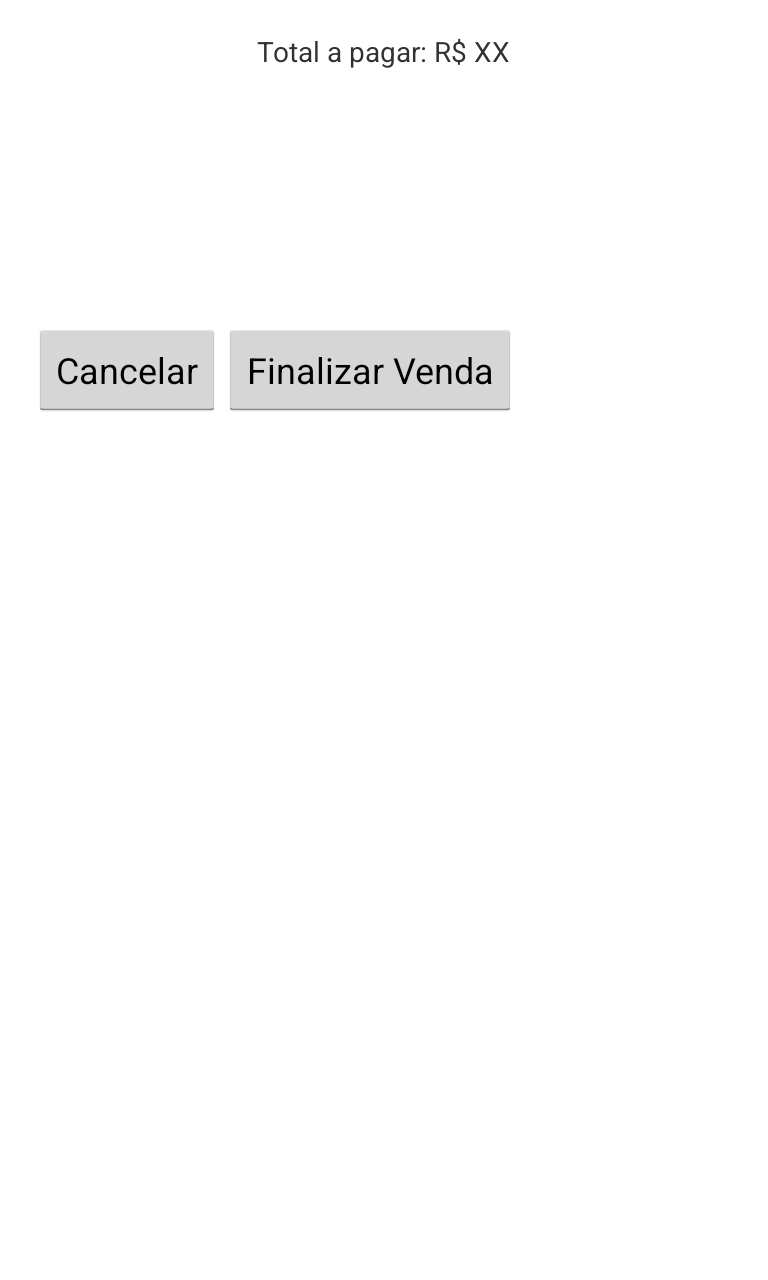
Repository: tmalveirac/mobpdv
Layout: WorkspaceAndroid/MobPDVProjet/res/layout/activity_venda.xml
The author's editor kept a copy of each file at every save. The layout is drawn from the files as they stood at one save, then again after the next save.
It is drawn on a 768 x 1280 px phone screen (xhdpi) without system bars, with theme AppTheme; the app's code is not run. Lists and similar views that code fills are empty.

Above is the layout before, as saved 2013-06-04 12:08:56.

After the next save:
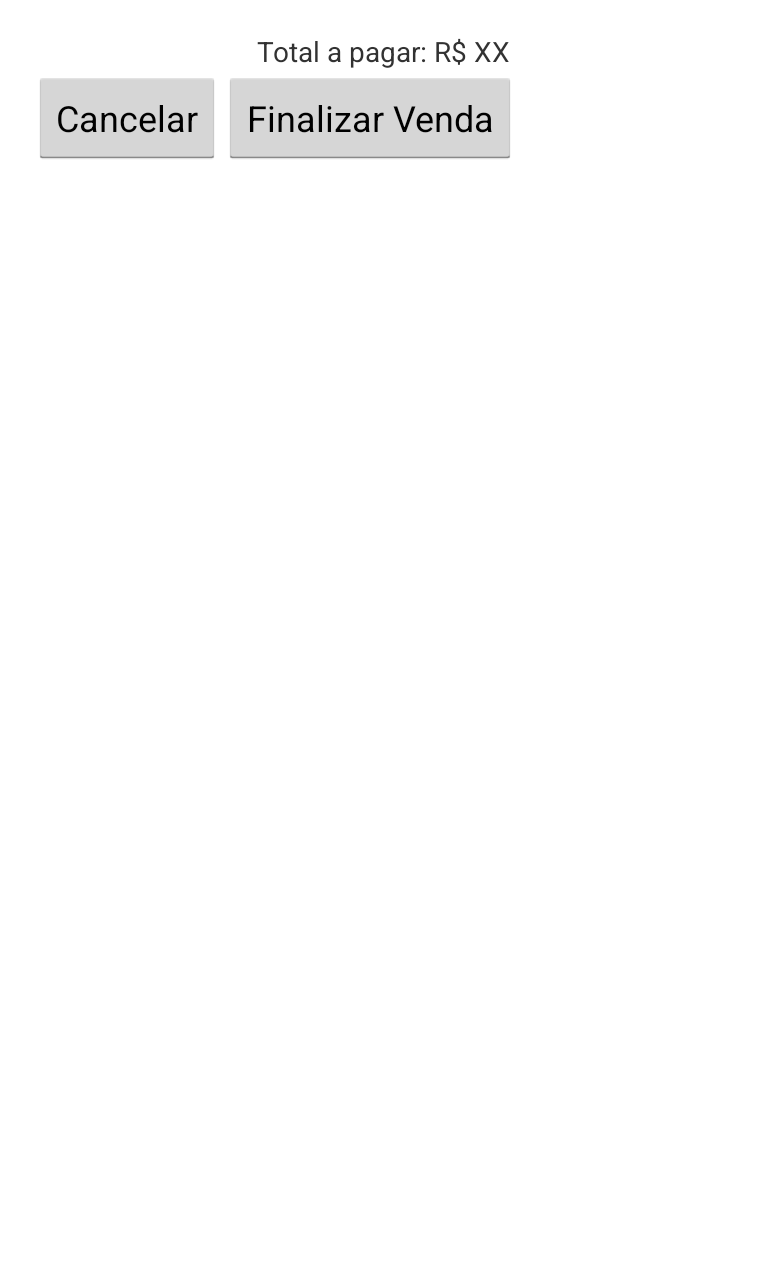
Saved 64 min 11 s later.
--- a/WorkspaceAndroid/MobPDVProjet/res/layout/activity_venda.xml
+++ b/WorkspaceAndroid/MobPDVProjet/res/layout/activity_venda.xml
@@ -14,12 +14,6 @@
         android:layout_height="wrap_content"
         android:text="@string/txtTotalPedido"
         android:layout_gravity="center_horizontal"/>
-
-    <ListView
-        android:id="@+id/listView1"
-        android:layout_width="match_parent"
-        android:layout_height="126dp" >
-    </ListView>
 
     <LinearLayout
         android:layout_width="match_parent"
